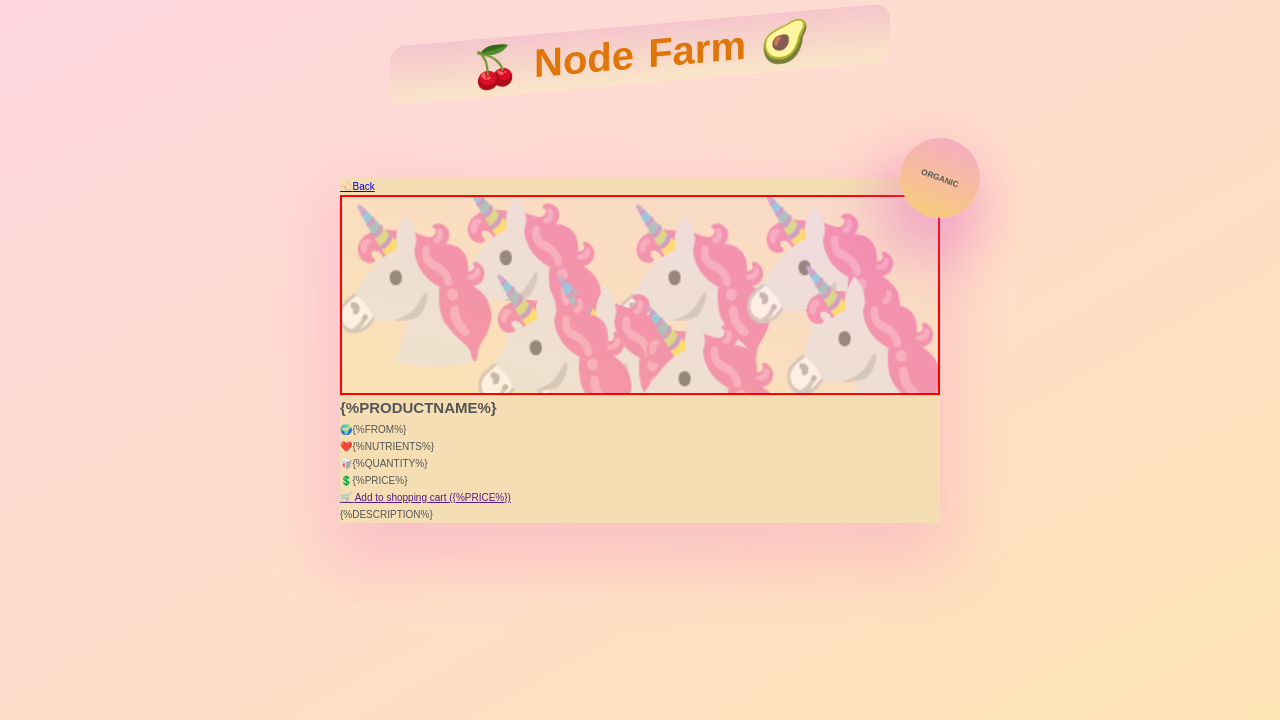
Repository: Kubraaygun/NodeFarm_Backend
Page: templates/product.html
An editor plug-in stored every save of this project. The page is shown before and after a run of saves, followed by the edit.
The browser window is 1280 px wide. The pictures show the whole page.

Above is the page before, as saved 2025-09-05 16:44:34.

After the next 2 saves:
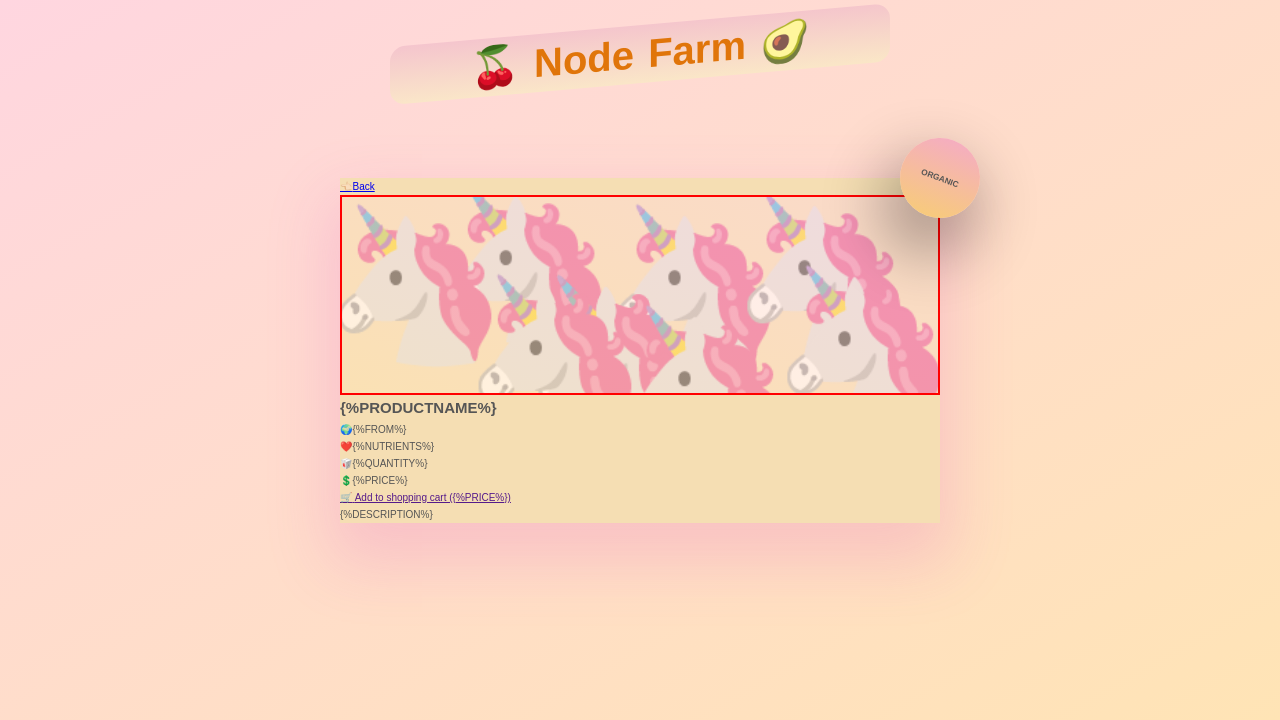
The 2 saves are shown as one change because they came seconds apart.
The last was saved 8 s later.
--- a/templates/product.html
+++ b/templates/product.html
@@ -141,7 +141,7 @@
         justify-content: center;
         text-transform: uppercase;
         transform: rotate(20deg);
-        box-shadow: 0 3rem 6rem 1rem rgba(225, 80, 189, 0.4);
+        box-shadow: 0 3rem 6rem 1rem rgba(0, 0, 0, 0.3);
       }
     </style>
   </head>
